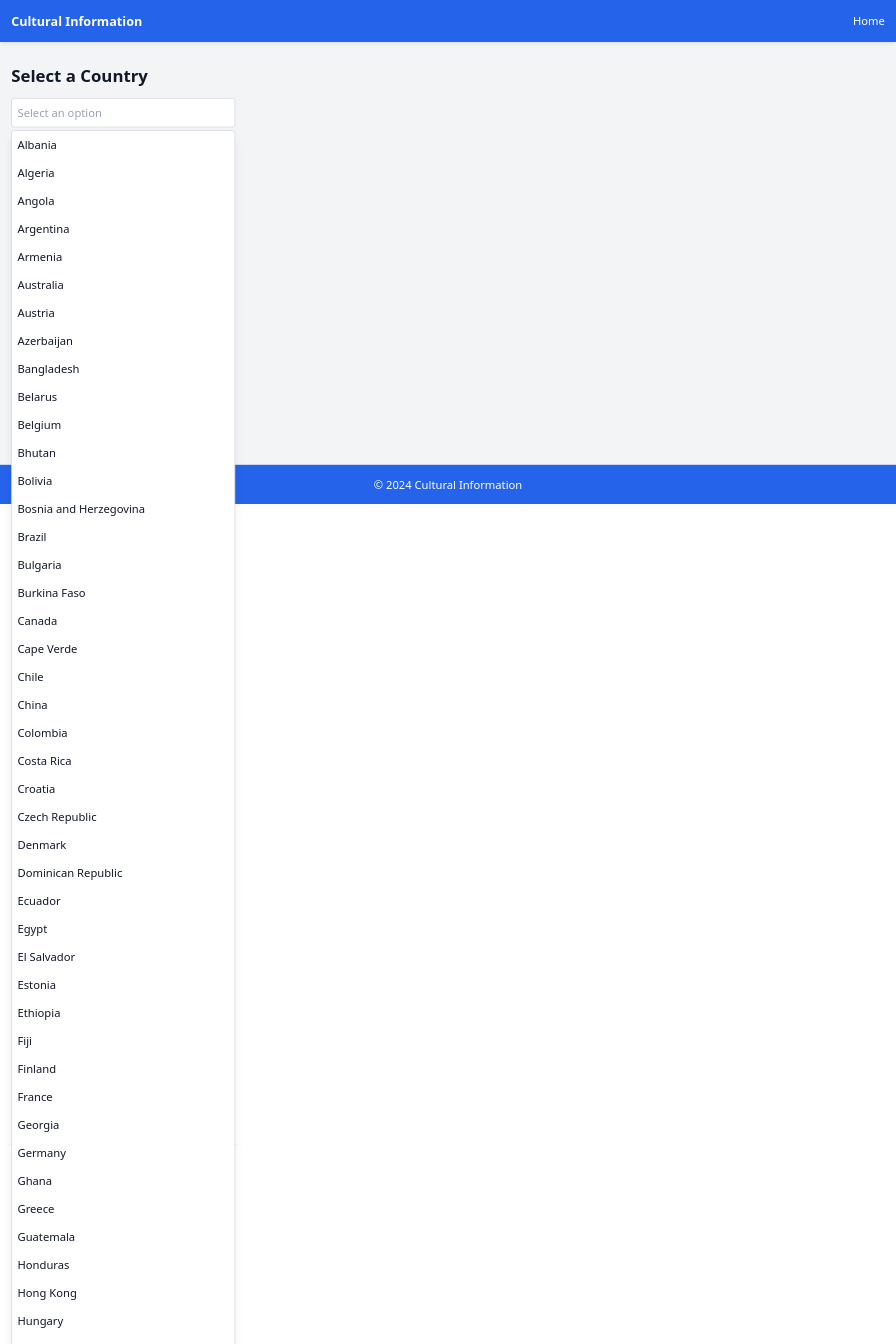
Repository: SmanSayeed/culture
Page: /, after clicking the first element matching `input.w-full`
An editor plug-in stored every save of this project. The page is shown before and after the next save, followed by the edit.
The browser window is 1280 px wide. The pictures show the part of the page from y = 0 to 1920 px (the page is 5108 px tall before and 720 px after), at 70% of full size.
The project was rebuilt for these pictures with package versions that can differ from the ones it lists, and the page was loaded fresh each time. The framework's server and built-in components were replaced by stand-ins that run in the browser. Also part of the build but not shown: next.config.ts, vite.config.ts.

Above is the page before, as saved 2024-10-30 15:07:24.

### src/app/layout.tsx
import type { Metadata } from "next";
import localFont from "next/font/local";
import "./globals.css";
import Layout from "@/components/Layout/Layout";

const geistSans = localFont({
  src: "./fonts/GeistVF.woff",
  variable: "--font-geist-sans",
  weight: "100 900",
});
const geistMono = localFont({
  src: "./fonts/GeistMonoVF.woff",
  variable: "--font-geist-mono",
  weight: "100 900",
});

export const metadata: Metadata = {
  title: "Create Next App",
  description: "Generated by create next app",
};

export default function RootLayout({
  children,
}: Readonly<{
  children: React.ReactNode;
}>) {
  return (
    <html lang="en">
      <body
        className={`${geistSans.variable} ${geistMono.variable} antialiased`}
      >
        <Layout>
        {children}
        </Layout>

      </body>
    </html>
  );
}

### src/app/page.tsx
import Home from "@/components/Home/Home";
import Image from "next/image";

export default function page() {
  return (
   <>
    <Home/>
   </>
  );
}

### src/components/Layout/Layout.tsx
'use client'
import React, { useState } from 'react';

import Footer from './Footer';
import Header from './Header';

interface LayoutProps {
  children: React.ReactNode;
}

const Layout: React.FC<LayoutProps> = ({ children }) => {

  return (
    <div className="flex flex-col min-h-screen bg-gray-100 text-gray-900">
     <Header/>

      {/* Main Content */}
      <main className="flex-grow container mx-auto px-4 py-8">{children}</main>
<Footer/>
    </div>
  );
};

export default Layout;

### src/components/Home/Home.tsx
"use client";
import React from "react";
import SearchableSelect from "../Atoms/SearchableSelect";
import { countries } from "@/utils/countries";

type Props = {};

export interface Option {
    label: string;
    value: string;
  }

export default function Home({}: Props) {
    const options: Option[] = countries.map((country) => ({
        label: country.name,
        value: country.code,
      }));
  const handleSelect = (option: { label: string; value: string }) => {
    alert(`Selected: ${option.label}`);
  };
  return (
    <>
      <div className="">
        <div>
          <h1 className="text-2xl mb-4 font-bold">Select a Country</h1>
          <SearchableSelect options={options} onSelect={handleSelect} />
        </div>
      </div>
    </>
  );
}

### src/components/Layout/Footer.tsx
import { siteInfo } from '@/utils/siteInfo'
import React from 'react'

type Props = {}

export default function Footer({}: Props) {
  return (
    <>
      {/* Footer */}
      <footer className="bg-blue-600 text-white py-4 text-center">
        <p>&copy; {new Date().getFullYear()} {siteInfo.siteTitle}</p>
      </footer>
    </>
  )
}

### src/components/Layout/Header.tsx
'use client'
import React, { useState } from 'react'
import Link from 'next/link';
import { siteInfo } from '@/utils/siteInfo';
type Props = {}

export default function Header({}: Props) {

  const [drawerOpen, setDrawerOpen] = useState(false);
  return (
    <>
         {/* Header */}
      <header className="bg-blue-600 text-white shadow-md">
        <div className="container mx-auto px-4 py-4 flex justify-between items-center">
          <h1 className="text-lg font-semibold">{siteInfo.siteTitle}</h1>

          {/* Navigation for Desktop */}
          <nav className="hidden md:flex space-x-6">
            <Link href="/" className="hover:text-blue-300">Home</Link>
          </nav>

          {/* Hamburger Menu for Mobile */}
          <button
            className="md:hidden text-white focus:outline-none"
            onClick={() => setDrawerOpen(true)}
          >
            <svg
              className="w-6 h-6"
              fill="none"
              stroke="currentColor"
              viewBox="0 0 24 24"
              xmlns="http://www.w3.org/2000/svg"
            >
              <path strokeLinecap="round" strokeLinejoin="round" strokeWidth={2} d="M4 6h16M4 12h16M4 18h16" />
            </svg>
          </button>
        </div>
      </header>

      {/* Side Drawer for Mobile */}
      <div
        className={`fixed inset-0 bg-gray-800 bg-opacity-50 z-10 transition-opacity ${
          drawerOpen ? 'opacity-100 pointer-events-auto' : 'opacity-0 pointer-events-none'
        }`}
        onClick={() => setDrawerOpen(false)}
      ></div>
      <div
        className={`fixed top-0 left-0 h-full bg-white w-64 z-20 transform transition-transform ${
          drawerOpen ? 'translate-x-0' : '-translate-x-full'
        }`}
      >
        <div className="flex justify-between items-center px-4 py-4 bg-blue-600 text-white">
          <h2 className="text-lg font-semibold">Menu</h2>
          <button
            className="text-white focus:outline-none"
            onClick={() => setDrawerOpen(false)}
          >
            <svg
              className="w-6 h-6"
              fill="none"
              stroke="currentColor"
              viewBox="0 0 24 24"
              xmlns="http://www.w3.org/2000/svg"
            >
              <path strokeLinecap="round" strokeLinejoin="round" strokeWidth={2} d="M6 18L18 6M6 6l12 12" />
            </svg>
          </button>
        </div>
        <nav className="flex flex-col p-4 space-y-4">
          <Link href="/" className="hover:bg-gray-100 p-2 rounded" onClick={() => setDrawerOpen(false)}>Home</Link>
          <Link href="/about" className="hover:bg-gray-100 p-2 rounded" onClick={() => setDrawerOpen(false)}>About</Link>
          <Link href="/contact" className="hover:bg-gray-100 p-2 rounded" onClick={() => setDrawerOpen(false)}>Contact</Link>
        </nav>
      </div>
    </>
  )
}

### src/components/Atoms/SearchableSelect.tsx
// components/SearchableSelect.tsx

'use client'
import React, { useState } from 'react';

interface Option {
  label: string;
  value: string;
}

interface SearchableSelectProps {
  options: Option[];
  onSelect: (option: Option) => void;
}

const SearchableSelect: React.FC<SearchableSelectProps> = ({ options, onSelect }) => {
  const [searchTerm, setSearchTerm] = useState('');
  const [isOpen, setIsOpen] = useState(false);

  const handleSearchChange = (event: React.ChangeEvent<HTMLInputElement>) => {
    setSearchTerm(event.target.value);
    setIsOpen(true);
  };

  const handleSelect = (option: Option) => {
    onSelect(option);
    setSearchTerm(option.label); // Set selected option as search term
    setIsOpen(false);
  };

  const filteredOptions = options.filter(option =>
    option.label.toLowerCase().includes(searchTerm.toLowerCase())
  );

  return (
    <div className="relative w-full max-w-xs">
      <input
        type="text"
        value={searchTerm}
        onChange={handleSearchChange}
        onClick={() => setIsOpen(true)}
        placeholder="Select an option"
        className="w-full p-2 border border-gray-300 rounded focus:outline-none focus:ring-2 focus:ring-blue-400"
      />
      {isOpen && filteredOptions.length > 0 && (
        <div className="absolute mt-1 w-full bg-white border border-gray-300 rounded shadow-lg z-10">
          {filteredOptions.map((option, index) => (
            <div
              key={index}
              onClick={() => handleSelect(option)}
              className="cursor-pointer p-2 hover:bg-blue-500 hover:text-white"
            >
              {option.label}
            </div>
          ))}
        </div>
      )}
    </div>
  );
};

export default SearchableSelect;

### src/utils/countries.ts
export const countries = [
    {
      "name": "Albania",
      "code": "AL",
      "shortname": "ALB"
    },
    {
      "name": "Algeria",
      "code": "DZ",
      "shortname": "DZA"
    },
    {
      "name": "Angola",
      "code": "AO",
      "shortname": "AGO"
    },
    {
      "name": "Argentina",
      "code": "AR",
      "shortname": "ARG"
    },
    {
      "name": "Armenia",
      "code": "AM",
      "shortname": "ARM"
    },
    {
      "name": "Australia",
      "code": "AU",
      "shortname": "AUS"
    },
    {
      "name": "Austria",
      "code": "AT",
      "shortname": "AUT"
    },
    {
      "name": "Azerbaijan",
      "code": "AZ",
      "shortname": "AZE"
    },
    {
      "name": "Bangladesh",
      "code": "BD",
      "shortname": "BGD"
    },
    {
      "name": "Belarus",
      "code": "BY",
      "shortname": "BLR"
    },
    {
      "name": "Belgium",
      "code": "BE",
      "shortname": "BEL"
    },
    {
      "name": "Bhutan",
      "code": "BT",
      "shortname": "BTN"
    },
    {
      "name": "Bolivia",
      "code": "BO",
      "shortname": "BOL"
    },
    {
      "name": "Bosnia and Herzegovina",
      "code": "BA",
      "shortname": "BIH"
    },
    {
      "name": "Brazil",
      "code": "BR",
      "shortname": "BRA"
    },
    {
      "name": "Bulgaria",
      "code": "BG",
      "shortname": "BGR"
    },
    {
      "name": "Burkina Faso",
      "code": "BF",
      "shortname": "BFA"
    },
    {
      "name": "Canada",
      "code": "CA",
      "shortname": "CAN"
    },
    {
      "name": "Cape Verde",
      "code": "CV",
      "shortname": "CPV"
    },
    {
      "name": "Chile",
      "code": "CL",
      "shortname": "CHL"
    },
    {
      "name": "China",
      "code": "CN",
      "shortname": "CHN"
    },
    {
      "name": "Colombia",
      "code": "CO",
      "shortname": "COL"
    },
    {
      "name": "Costa Rica",
      "code": "CR",
      "shortname": "CRI"
    },
    {
      "name": "Croatia",
      "code": "HR",
      "shortname": "HRV"
    },
    {
      "name": "Czech Republic",
      "code": "CZ",
      "shortname": "CZE"
    },
    {
      "name": "Denmark",
      "code": "DK",
      "shortname": "DNK"
    },
    {
      "name": "Dominican Republic",
      "code": "DO",
      "shortname": "DOM"
    },
    {
      "name": "Ecuador",
      "code": "EC",
      "shortname": "ECU"
    },
    {
      "name": "Egypt",
      "code": "EG",
      "shortname": "EGY"
    },
    {
      "name": "El Salvador",
      "code": "SV",
      "shortname": "SLV"
    },
    {
      "name": "Estonia",
      "code": "EE",
      "shortname": "EST"
    },
    {
      "name": "Ethiopia",
      "code": "ET",
      "shortname": "ETH"
    },
    {
      "name": "Fiji",
      "code": "FJ",
      "shortname": "FJI"
    },
    {
      "name": "Finland",
      "code": "FI",
      "shortname": "FIN"
    },
    {
      "name": "France",
      "code": "FR",
      "shortname": "FRA"
    },
    {
      "name": "Georgia",
      "code": "GE",
      "shortname": "GEO"
    },
    {
      "name": "Germany",
      "code": "DE",
      "shortname": "DEU"
    },
    {
      "name": "Ghana",
      "code": "GH",
      "shortname": "GHA"
    },
    {
      "name": "Greece",
      "code": "GR",
      "shortname": "GRC"
    },
    {
      "name": "Guatemala",
      "code": "GT",
      "shortname": "GTM"
    },
    {
      "name": "Honduras",
      "code": "HN",
      "shortname": "HND"
    },
    {
      "name": "Hong Kong",
      "code": "HK",
      "shortname": "HKG"
    },
    {
      "name": "Hungary",
      "code": "HU",
      "shortname": "HUN"
    },
    {
      "name": "Iceland",
      "code": "IS",
      "shortname": "ISL"
    },
    {
      "name": "India",
      "code": "IN",
      "shortname": "IND"
    },
    {
      "name": "Indonesia",
      "code": "ID",
      "shortname": "IDN"
    },
    {
      "name": "Iran",
      "code": "IR",
      "shortname": "IRN"
    },
    {
      "name": "Ireland",
      "code": "IE",
      "shortname": "IRL"
    },
    {
      "name": "Israel",
      "code": "IL",
      "shortname": "ISR"
    },
    {
      "name": "Italy",
      "code": "IT",
      "shortname": "ITA"
    },
    {
      "name": "Jamaica",
      "code": "JM",
      "shortname": "JAM"
    },
    {
      "name": "Japan",
      "code": "JP",
      "shortname": "JPN"
    },
    {
      "name": "Jordan",
      "code": "JO",
      "shortname": "JOR"
    },
    {
      "name": "Kazakhstan",
      "code": "KZ",
      "shortname": "KAZ"
    },
    {
      "name": "Kenya",
      "code": "KE",
      "shortname": "KEN"
    },
    {
      "name": "Kuwait",
      "code": "KW",
      "shortname": "KWT"
    },
    {
      "name": "Latvia",
      "code": "LV",
      "shortname": "LVA"
    },
    {
      "name": "Lebanon",
      "code": "LB",
      "shortname": "LBN"
    },
    {
      "name": "Libya",
      "code": "LY",
      "shortname": "LBY"
    },
    {
      "name": "Lithuania",
      "code": "LT",
      "shortname": "LTU"
    },
    {
      "name": "Luxembourg",
      "code": "LU",
      "shortname": "LUX"
    },
    {
      "name": "Malawi",
      "code": "MW",
      "shortname": "MWI"
    },
    {
      "name": "Malaysia",
      "code": "MY",
      "shortname": "MYS"
    },
    {
      "name": "Malta",
      "code": "MT",
      "shortname": "MLT"
    },
    {
      "name": "Mexico",
      "code": "MX",
      "shortname": "MEX"
    },
    {
      "name": "Moldova",
      "code": "MD",
      "shortname": "MDA"
    },
    {
      "name": "Mongolia",
      "code": "MN",
      "shortname": "MNG"
    },
    {
      "name": "Montenegro",
      "code": "ME",
      "shortname": "MNE"
    },
    {
      "name": "Morocco",
      "code": "MA",
      "shortname": "MAR"
    },
    {
      "name": "Mozambique",
      "code": "MZ",
      "shortname": "MOZ"
    },
    {
      "name": "Namibia",
      "code": "NA",
      "shortname": "NAM"
    },
    {
      "name": "Nepal",
      "code": "NP",
      "shortname": "NPL"
    },
    {
      "name": "Netherlands",
      "code": "NL",
      "shortname": "NLD"
    },
    {
      "name": "New Zealand",
      "code": "NZ",
      "shortname": "NZL"
    },
    {
      "name": "Nicaragua",
      "code": "NI",
      "shortname": "NIC"
    },
    {
      "name": "Nigeria",
      "code": "NG",
      "shortname": "NGA"
    },
    {
      "name": "Norway",
      "code": "NO",
      "shortname": "NOR"
    },
    {
      "name": "Oman",
      "code": "OM",
      "shortname": "OMN"
    },
    {
      "name": "Pakistan",
      "code": "PK",
      "shortname": "PAK"
    },
    {
      "name": "Panama",
      "code": "PA",
      "shortname": "PAN"
    },
    {
      "name": "Paraguay",
      "code": "PY",
      "shortname": "PRY"
    },
    {
      "name": "Peru",
      "code": "PE",
      "shortname": "PER"
    },
    {
      "name": "Philippines",
      "code": "PH",
      "shortname": "PHL"
    },
    {
      "name": "Poland",
      "code": "PL",
      "shortname": "POL"
    },
    {
      "name": "Portugal",
      "code": "PT",
      "shortname": "PRT"
    },
    {
      "name": "Qatar",
      "code": "QA",
      "shortname": "QAT"
    },
    {
      "name": "Romania",
      "code": "RO",
      "shortname": "ROU"
    },
    {
      "name": "Russia",
      "code": "RU",
      "shortname": "RUS"
    },
    {
      "name": "Rwanda",
      "code": "RW",
      "shortname": "RWA"
    },
    {
      "name": "Saudi Arabia",
      "code": "SA",
      "shortname": "SAU"
    },
    {
      "name": "Senegal",
      "code": "SN",
      "shortname": "SEN"
    },
    {
      "name": "Serbia",
      "code": "RS",
      "shortname": "SRB"
    },
    {
      "name": "Singapore",
      "code": "SG",
      "shortname": "SGP"
    },
    {
      "name": "Slovakia",
      "code": "SK",
      "shortname": "SVK"
    },
    {
      "name": "Slovenia",
      "code": "SI",
      "shortname": "SVN"
    },
    {
      "name": "South Africa",
      "code": "ZA",
      "shortname": "ZAF"
    },
    {
      "name": "South Korea",
      "code": "KR",
      "shortname": "KOR"
    },
    {
      "name": "Spain",
      "code": "ES",
      "shortname": "ESP"
    },
    {
      "name": "Sri Lanka",
      "code": "LK",
      "shortname": "LKA"
    },
    {
      "name": "Sudan",
      "code": "SD",
      "shortname": "SDN"
    },
    {
      "name": "Sweden",
      "code": "SE",
      "shortname": "SWE"
    },
    {
      "name": "Switzerland",
      "code": "CH",
      "shortname": "CHE"
    },
    {
      "name": "Syria",
      "code": "SY",
      "shortname": "SYR"
    },
    {
      "name": "Taiwan",
      "code": "TW",
      "shortname": "TWN"
    },
    {
      "name": "Tajikistan",
      "code": "TJ",
      "shortname": "TJK"
    },
    {
      "name": "Tanzania",
      "code": "TZ",
      "shortname": "TZA"
    },
    {
      "name": "Thailand",
      "code": "TH",
      "shortname": "THA"
    },
    {
      "name": "Togo",
      "code": "TG",
      "shortname": "TGO"
    },
    {
      "name": "Tunisia",
      "code": "TN",
      "shortname": "TUN"
    },
    {
      "name": "Turkey",
      "code": "TR",
      "shortname": "TUR"
    },
    {
      "name": "Turkmenistan",
      "code": "TM",
      "shortname": "TKM"
    },
    {
      "name": "Uganda",
      "code": "UG",
      "shortname": "UGA"
    },
    {
      "name": "Ukraine",
      "code": "UA",
      "shortname": "UKR"
    },
    {
      "name": "United Arab Emirates",
      "code": "AE",
      "shortname": "ARE"
    },
    {
      "name": "United Kingdom",
      "code": "GB",
      "shortname": "GBR"
    },
    {
      "name": "United States",
      "code": "US",
      "shortname": "USA"
    },
    {
      "name": "Uruguay",
      "code": "UY",
      "shortname": "URY"
    },
    {
      "name": "Uzbekistan",
      "code": "UZ",
      "shortname": "UZB"
    },
    {
      "name": "Venezuela",
      "code": "VE",
      "shortname": "VEN"
    },
    {
      "name": "Vietnam",
      "code": "VN",
      "shortname": "VNM"
    },
    {
      "name": "Yemen",
      "code": "YE",
      "shortname": "YEM"
    },
    {
      "name": "Zambia",
      "code": "ZM",
      "shortname": "ZMB"
    },
    {
      "name": "Zimbabwe",
      "code": "ZW",
      "shortname": "ZWE"
    }
  ];

### src/utils/siteInfo.ts
export const siteInfo={
    siteTitle:"Cultural Information",
}

Loaded but not shown: src/app/globals.css (common file); tailwind.config.ts (common file)

After the next save:
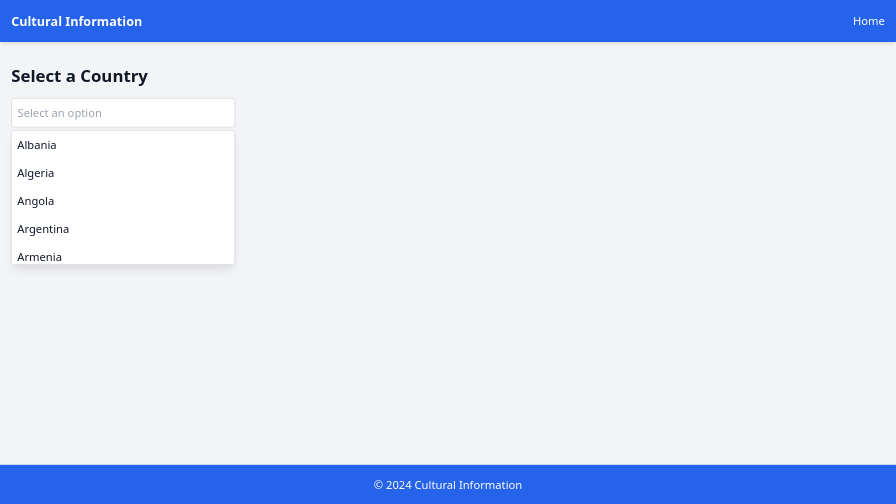
Saved 2 min 8 s later.
--- a/src/components/Atoms/SearchableSelect.tsx
+++ b/src/components/Atoms/SearchableSelect.tsx
@@ -43,7 +43,7 @@ const SearchableSelect: React.FC<SearchableSelectProps> = ({ options, onSelect }
         className="w-full p-2 border border-gray-300 rounded focus:outline-none focus:ring-2 focus:ring-blue-400"
       />
       {isOpen && filteredOptions.length > 0 && (
-        <div className="absolute mt-1 w-full bg-white border border-gray-300 rounded shadow-lg z-10">
+        <div className="absolute mt-1 w-full bg-white border border-gray-300 rounded shadow-lg z-10 max-h-48 overflow-y-auto">
           {filteredOptions.map((option, index) => (
             <div
               key={index}
